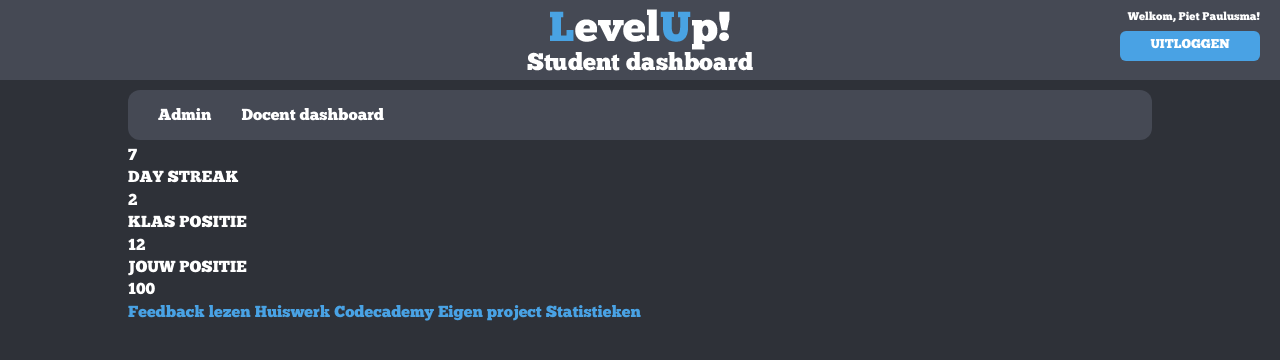
Repository: boblanckenburg/levelup
Page: website/src/index.html
An editor plug-in stored every save of this project. The page is shown before and after the next save, followed by the edit.
The browser window is 1280 px wide. The pictures show the whole page.

Above is the page before, as saved 2014-10-07 14:45:01.

### website/src/index.html
<!doctype html>
<html class="no-js" id="html" lang="">
    <head>
        <meta charset="utf-8">
        <meta http-equiv="X-UA-Compatible" content="IE=edge">
        <title>LevelUp</title>
        <meta name="description" content="">
        <meta name="viewport" content="width=device-width, initial-scale=1">

        <!-- Place favicon.ico and apple-touch-icon(s) in the root directory -->

        <link rel="stylesheet" href="css/main.css">
        <script src="js/main.js"></script>
        <script src="js/vendor/modernizr-2.8.3.min.js"></script>
    </head>
    <body>
        <!--[if lt IE 8]>
            <p class="browsehappy">You are using an <strong>outdated</strong> browser. Please <a href="http://browsehappy.com/">upgrade your browser</a> to improve your experience.</p>
        <![endif]-->

		<div class="dashboard">
			<section class="header">
				<div id="welcome">
					<p>Welkom, Piet Paulusma!</p>
					<a href="">UITLOGGEN</a>
				</div>
			</section>
			<section class="menu">
				<a>Admin</a>
				<a>Docent dashboard</a>
			</section>
			<div class="content">

				<section class="streaks">
					<div class="streakitem">
						<div class="score" id="day">7</div>
						<div class="arrow"><div class="name">DAY STREAK</div></div>
					</div>
					<div class="streakitem">
						<div class="score" id="class">2</div>
						<div class="arrow"><div class="name">KLAS POSITIE</div></div>
					</div>
					<div class="streakitem">
						<div class="score" id="indv">12</div>
						<div class="arrow"><div class="name">JOUW POSITIE</div></div>
					</div>
				</section>

				<section class="levelcounter">
					<div class="image">
						<div class="score">100</div>
					</div>
				</section>

				<section class="actionbar">
					<a>Feedback lezen</a>
					<a>Huiswerk</a>
					<a>Codecademy</a>
					<a>Eigen project</a>
					<a>Statistieken</a>
				</section>

			</div>
		</div>
    </body>
</html>

### website/src/css/main.css
/*
 * What follows is the result of much research on cross-browser styling.
 * Credit left inline and big thanks to Nicolas Gallagher, Jonathan Neal,
 * Kroc Camen, and the H5BP dev community and team.
 */

/* ==========================================================================
   Base styles: opinionated defaults
   ========================================================================== */

/*
bg-gray: #2e3138;
bg-light-gray: #454954;
bg-blue: #49a2e4;
neon-blue: #01d1ff;
*/

html {
    color: #222;
    font-size: 1em;
    line-height: 1.4;
	margin: 0px;
	background: #2e3138;
	color: white;
	text-decoration: none;
	font-weight: normal;
}

/* ==========================================================================
   Author's custom styles
   ========================================================================== */


@font-face {
    font-family: chunkfivefont;
    src: url(Chunkfive.otf);
}


body {
    font-family: chunkfivefont;
    color: white;
    height:100%;
	margin: 0px;
	overflow-x: scroll;
	overflow-style: marquee-line;
}

a
{
	color: #49a2e4;

}

h1, h2, h3
{
	font-weight: normal;
}

.dashboard,
{
	height:100%;
	width:100%;
}

.content
{
	height: 100%;
	width: 100%;
}

.header
{
    background: #454953;
	width: 100%;
	height:80px;
	margin: 0px auto 0px auto;

	background-image: url('../img/dashboardlogo.png');
	background-position: center;
	background-repeat: no-repeat;
	background-color: #454954;
}

.header #welcome
{
	width: 200px;
	float:right;
	color: white;
	margin 0px auto 0px auto;
	padding: 0px 10px 0px 0px;
}

.header #welcome p
{
	float: right;
	display: block;
	font-size: 0.7em;
	margin: 10px 10px 5px 0px;
}

.header #welcome a
{
	float: right;
	display: block;
	height:20px;
	width: 100px;
	text-align: center;
	font-size: 0.8em;
	color: white;
	text-decoration: none;
	padding:5px 20px 5px 20px;
	margin: 0px 10px 0px 0px;

	background-color: #49a2e4;
	border-radius: 6px;
}

.menu
{
    background: #2e3138;
	width:80%;
	height:100%;
	min-height:50px;
	margin: 10px auto 5px auto;
	background: #454954;
	border-radius: 12px;
	display: block;
}

.menu a, a:visited
{
	display: block;
	float:left;
	height: 35px;
	text-align: center;
	padding: 15px 0px 0px 30px;
	text-decoration: none;
	color: white;
}

.menu a:hover
{
	color: #49a2e4;
}

.content {
	width: 80%;
	height: 350px;
	margin: auto;
}

.container {
	margin: 0px auto 0px auto;
	width:100%;
	display: inline;
}


/* ==========================================================================
   Helper classes
   ========================================================================== */

/*
 * Hide visually and from screen readers: h5bp.com/u
 */

.hidden {
    display: none !important;
    visibility: hidden;
}

/*
 * Hide only visually, but have it available for screen readers: h5bp.com/v
 */

.visuallyhidden {
    border: 0;
    clip: rect(0 0 0 0);
    height: 1px;
    margin: -1px;
    overflow: hidden;
    padding: 0;
    position: absolute;
    width: 1px;
}

/*
 * Extends the .visuallyhidden class to allow the element to be focusable
 * when navigated to via the keyboard: h5bp.com/p
 */

.visuallyhidden.focusable:active,
.visuallyhidden.focusable:focus {
    clip: auto;
    height: auto;
    margin: 0;
    overflow: visible;
    position: static;
    width: auto;
}

/*
 * Hide visually and from screen readers, but maintain layout
 */

.invisible {
    visibility: hidden;
}

/*
 * Clearfix: contain floats
 *
 * For modern browsers
 * 1. The space content is one way to avoid an Opera bug when the
 *    `contenteditable` attribute is included anywhere else in the document.
 *    Otherwise it causes space to appear at the top and bottom of elements
 *    that receive the `clearfix` class.
 * 2. The use of `table` rather than `block` is only necessary if using
 *    `:before` to contain the top-margins of child elements.
 */

.clearfix:before,
.clearfix:after {
    content: " "; /* 1 */
    display: table; /* 2 */
}

.clearfix:after {
    clear: both;
}

/* ==========================================================================
   EXAMPLE Media Queries for Responsive Design.
   These examples override the primary ('mobile first') styles.
   Modify as content requires.
   ========================================================================== */

@media only screen and (min-width: 35em) {
    /* Style adjustments for viewports that meet the condition */
}

@media print,
       (-o-min-device-pixel-ratio: 5/4),
       (-webkit-min-device-pixel-ratio: 1.25),
       (min-resolution: 120dpi) {
    /* Style adjustments for high resolution devices */
}

/* ==========================================================================
   Print styles.
   Inlined to avoid the additional HTTP request: h5bp.com/r
   ========================================================================== */

@media print {
    *,
    *:before,
    *:after {
        background: transparent !important;
        color: #000 !important; /* Black prints faster: h5bp.com/s */
        box-shadow: none !important;
        text-shadow: none !important;
    }

    a,
    a:visited {
        text-decoration: underline;
    }

    a[href]:after {
        content: " (" attr(href) ")";
    }

    abbr[title]:after {
        content: " (" attr(title) ")";
    }

    /*
     * Don't show links that are fragment identifiers,
     * or use the `javascript:` pseudo protocol
     */

    a[href^="#"]:after,
    a[href^="javascript:"]:after {
        content: "";
    }

    pre,
    blockquote {
        border: 1px solid #999;
        page-break-inside: avoid;
    }

    thead {
        display: table-header-group; /* h5bp.com/t */
    }

    tr,
    img {
        page-break-inside: avoid;
    }

    img {
        max-width: 100% !important;
    }

    p,
    h2,
    h3 {
        orphans: 3;
        widows: 3;
    }

    h2,
    h3 {
        page-break-after: avoid;
    }
}

### website/src/js/main.js

//set up height of the html element so 100% height spans the entire screen
document.getElementById("html").style.height=window.innerHeight+"px";

Loaded but not shown: website/src/js/vendor/modernizr-2.8.3.min.js (library)

After the next save:
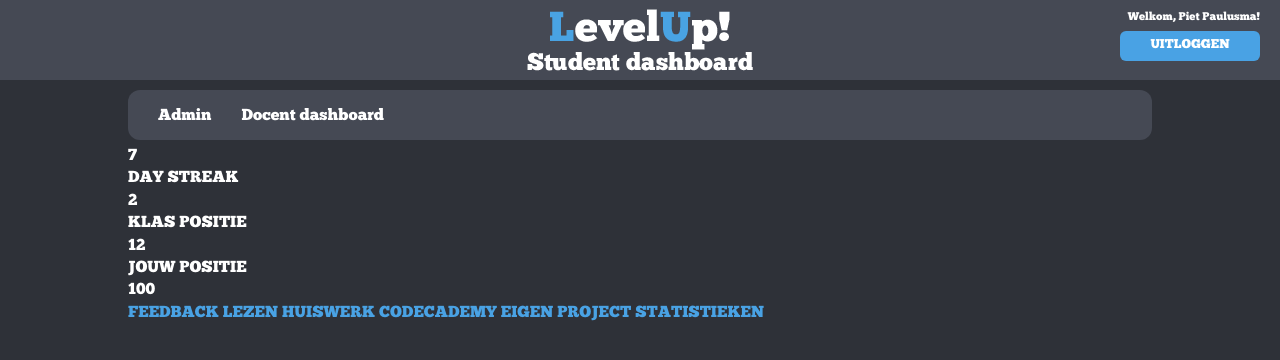
Saved 12 min 34 s later.
--- a/website/src/index.html
+++ b/website/src/index.html
@@ -53,11 +53,11 @@
 				</section>
 
 				<section class="actionbar">
-					<a>Feedback lezen</a>
-					<a>Huiswerk</a>
-					<a>Codecademy</a>
-					<a>Eigen project</a>
-					<a>Statistieken</a>
+					<a>FEEDBACK LEZEN</a>
+					<a>HUISWERK</a>
+					<a>CODECADEMY</a>
+					<a>EIGEN PROJECT</a>
+					<a>STATISTIEKEN</a>
 				</section>
 
 			</div>
